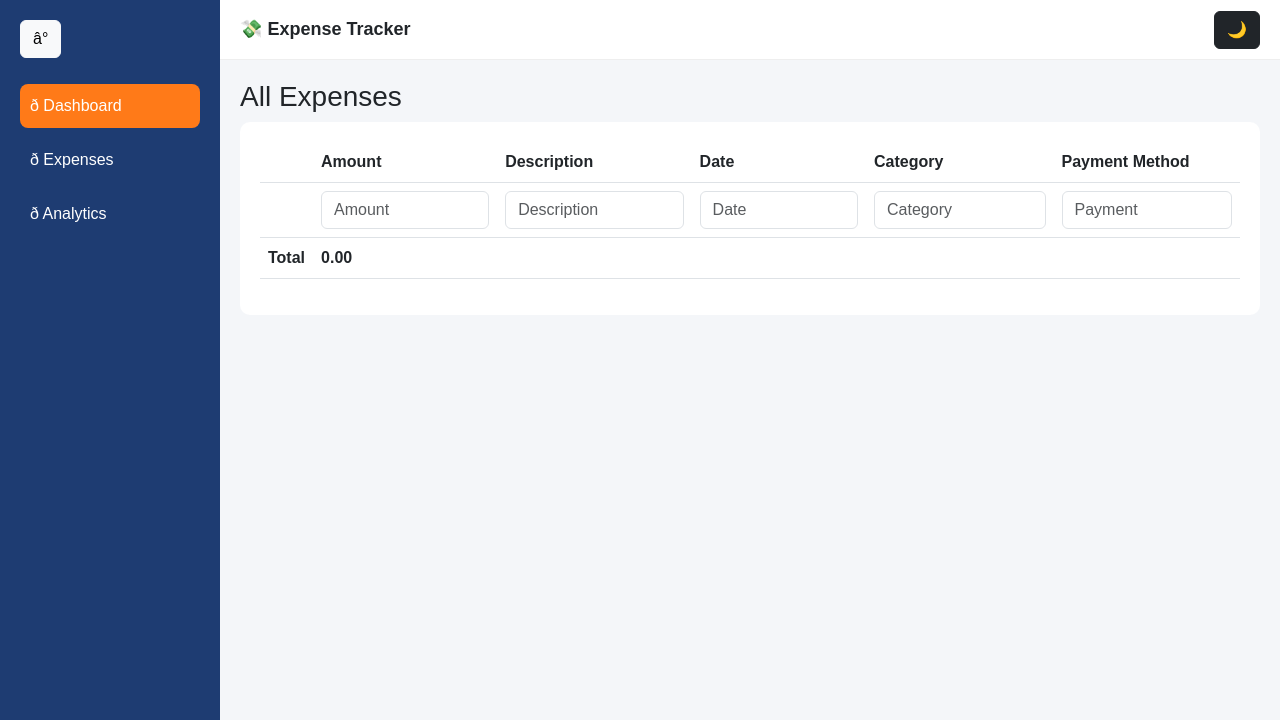
Repository: TejasChoudhary1996/expense-microservices
Page: http://localhost/ui-service/WEB-INF/jsp/pages/expenses.jsp
The author's editor kept a copy of each file at every save. The page is drawn from the files as they stood at one save, then again after the next save.
The browser window is 1280 px wide. The pictures show the whole page.
The page is served by Tomcat 10. Nobody is signed in. The template is opened directly, without the code that normally fills it, so the values that code supplies are empty.

Above is the page before, as saved 2026-03-27 20:17:36.

After the next save:
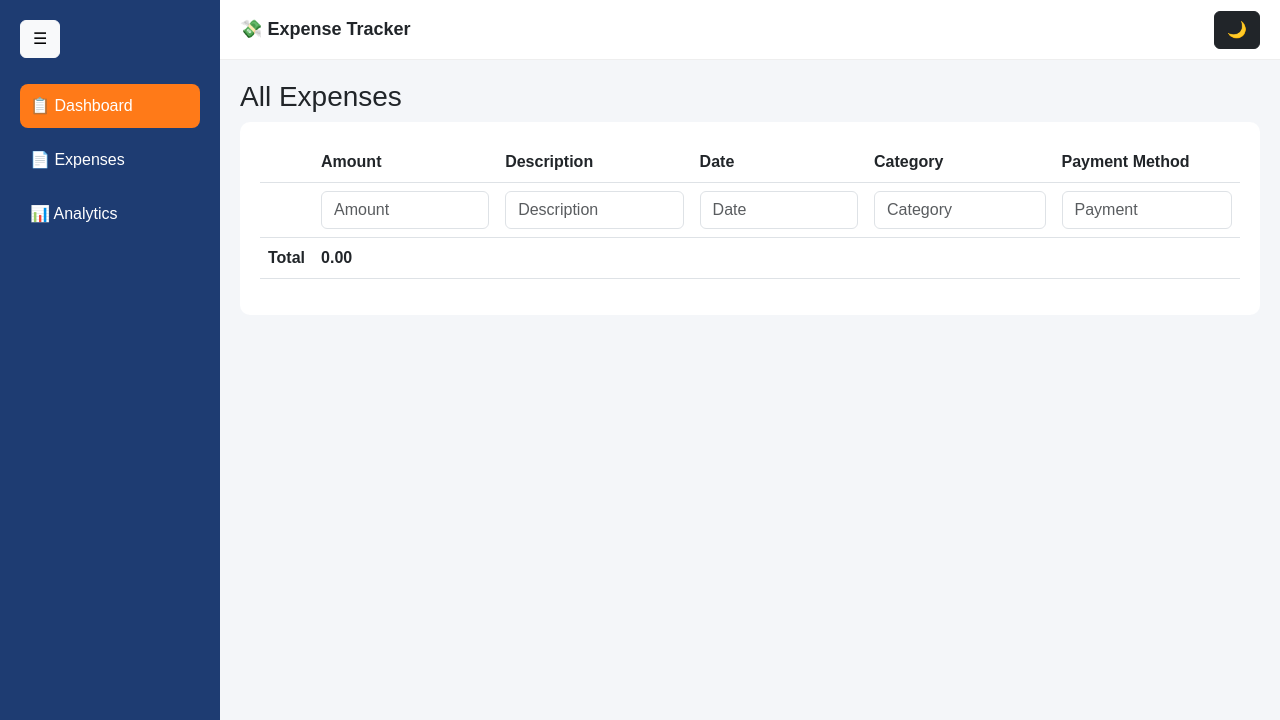
Saved 10 s later.
--- a/ui-service/src/main/webapp/WEB-INF/jsp/layout/sidebar.jsp
+++ b/ui-service/src/main/webapp/WEB-INF/jsp/layout/sidebar.jsp
@@ -1,3 +1,4 @@
+<%@ page contentType="text/html; charset=UTF-8" pageEncoding="UTF-8"%>
 <div class="sidebar" id="sidebar">
 
     <button onclick="toggleSidebar()" class="btn btn-light mb-3">☰</button>
